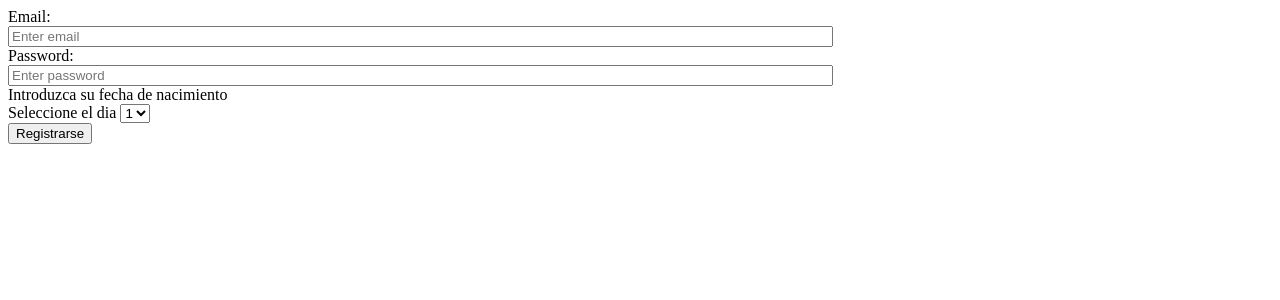
Repository: Adriansen8/GamerArts
Page: http://localhost/html/registro.php
An editor plug-in stored every save of this project. The page is shown before and after the next save, followed by the edit.
The browser window is 1280 px wide. The pictures show the whole page.
The page is run by PHP 8.4 with error messages shown; the project is at /var/www/html/.

Above is the page before, as saved 2016-03-22 11:20:12.

After the next save:
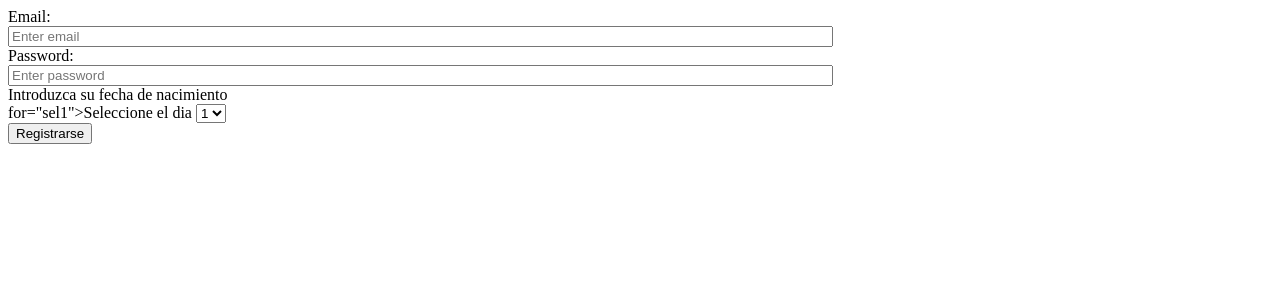
Saved 33 s later.
--- a/Proyecto/html/registro.php
+++ b/Proyecto/html/registro.php
@@ -23,7 +23,7 @@
         <label class="control-label col-sm-4">Introduzca su fecha de nacimiento</label>
       </div>
       <div class="form-group">
-	      <label for="sel1">Seleccione el dia</label>
+	      <label class="control-label col-sm-2"> for="sel1">Seleccione el dia</label>
 	      <select class="form-control" id="sel1">
 	        <option>1</option>
 	        <option>2</option>

After the save that followed:
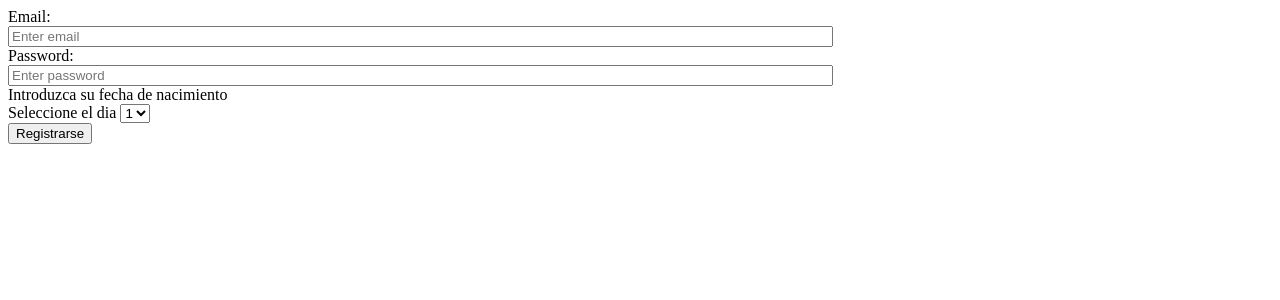
Saved 13 s later.
--- a/Proyecto/html/registro.php
+++ b/Proyecto/html/registro.php
@@ -23,7 +23,7 @@
         <label class="control-label col-sm-4">Introduzca su fecha de nacimiento</label>
       </div>
       <div class="form-group">
-	      <label class="control-label col-sm-2"> for="sel1">Seleccione el dia</label>
+	      <label class="control-label col-sm-2" for="sel1">Seleccione el dia</label>
 	      <select class="form-control" id="sel1">
 	        <option>1</option>
 	        <option>2</option>
